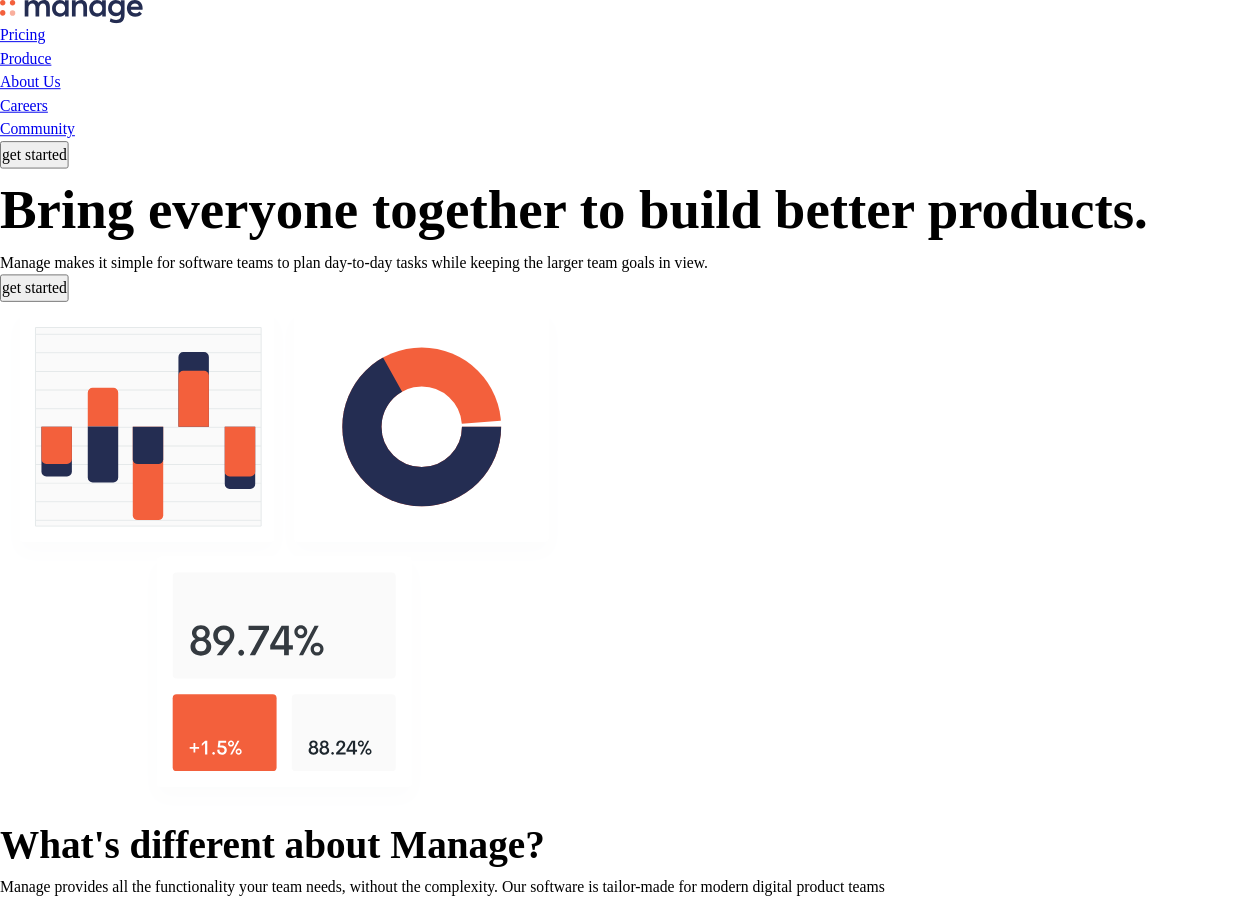
Repository: anthonybrown/website-practice
Page: index.html
These files come from the project's save history. The page is drawn as it stood at one moment and after the next save; the edit follows.
The browser window is 1280 px wide. The pictures show the whole page, at 98% of full size.

Above is the page before, as saved 2023-04-18 09:33:09.

After the next save:
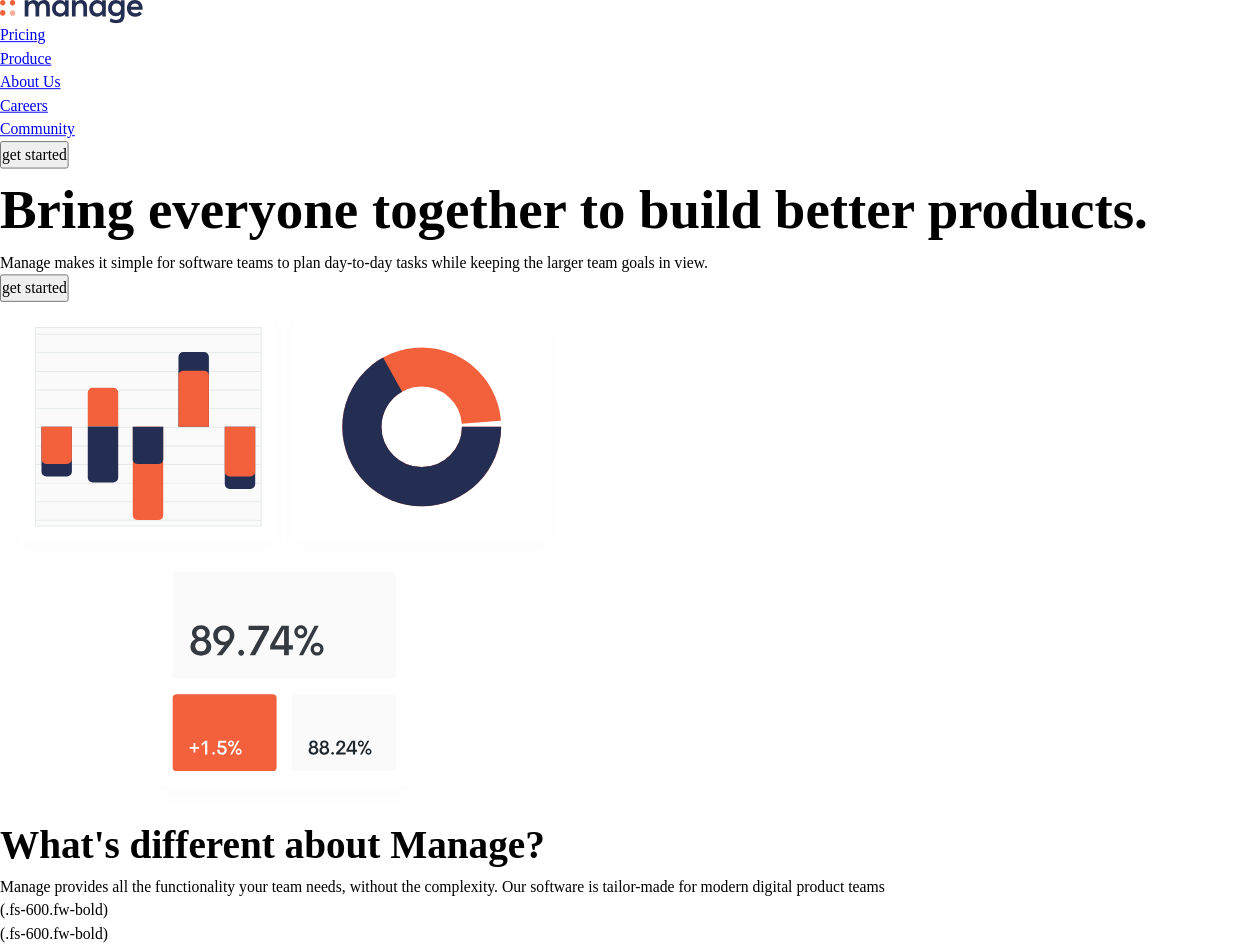
Saved 3 h 52 min later.
--- a/index.html
+++ b/index.html
@@ -64,6 +64,15 @@
               Our software is tailor-made for modern digital product teams
             </p>
           </div>
+          <div>
+            <ul role="list">
+              <li>
+                <h3 class="fs-600 fw-bold"></h3>
+              </li>
+              <li>(.fs-600.fw-bold)</li>
+              <li>(.fs-600.fw-bold)</li>
+            </ul>
+          </div>
         </div>
       </div>
     </section>
